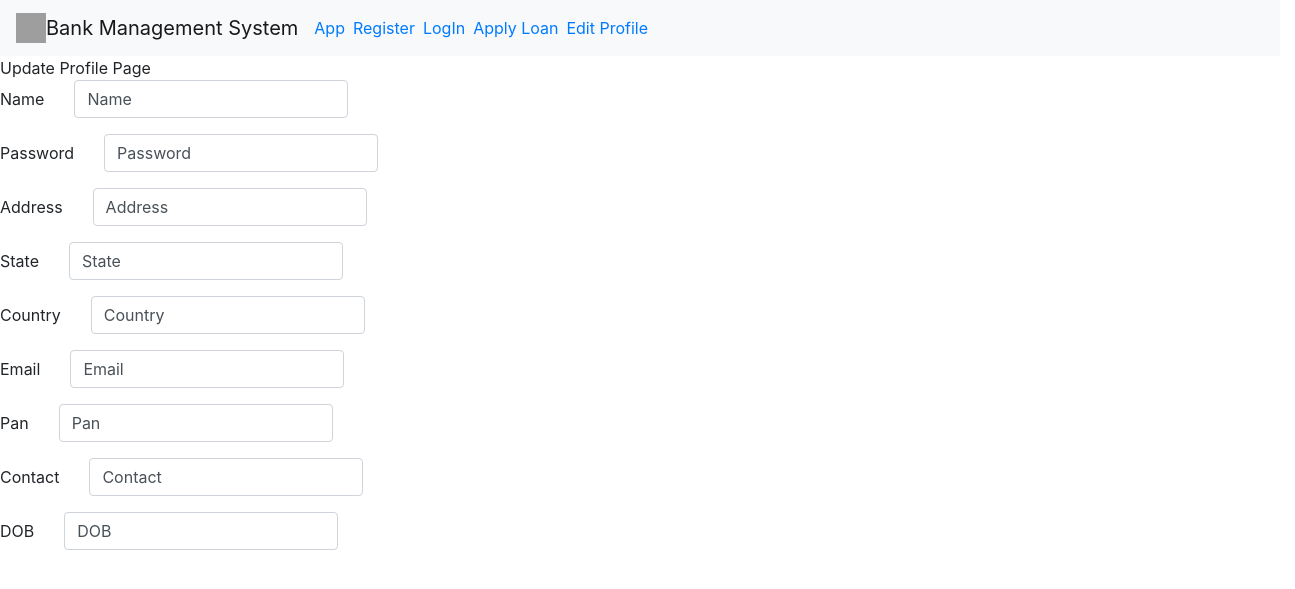
Repository: Nilkumar-Sharma/Bank-Management-System-Frontend-React
Page: /edit
These files come from the project's save history. The page is drawn as it stood at one moment and after the next save; the edit follows.
The browser window is 1280 px wide. The page is 1295 px wide, so the pictures cover 1295 px, including what lies to the right of the window. The pictures show the whole page.
Pictures or frames that could not be fetched are drawn as grey boxes. The project was rebuilt for these pictures with package versions that can differ from the ones it lists, and the page was loaded fresh each time. Also part of the build but not shown: src/App.css, src/components/Shared/MyButton/MyButton.js, src/Counter/Counter.js, src/App.js, src/components/Register/Register.module.scss, src/components/Register/Register.js, src/components/LogIn/LogIn.module.scss, src/components/LogIn/LogIn.js and 2 more.

Above is the page before, as saved 2020-07-28 13:33:58.

After the next save:
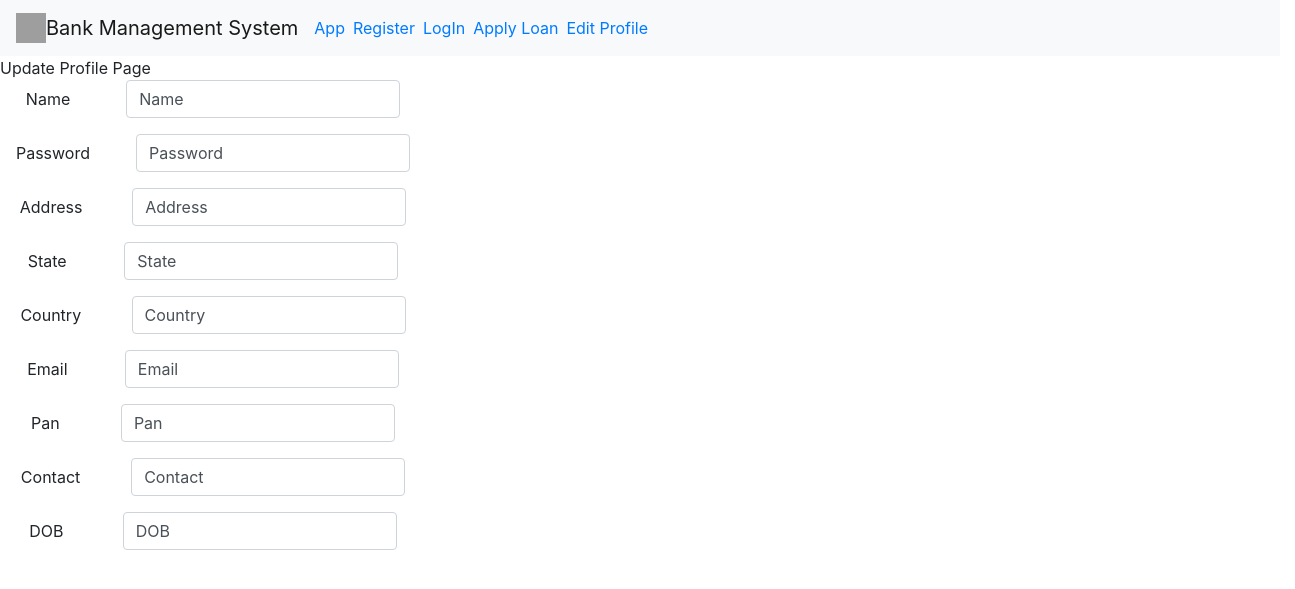
Saved 12 s later.
--- a/src/components/Shared/InputField/InputField.js
+++ b/src/components/Shared/InputField/InputField.js
@@ -27,11 +27,11 @@ class InputField extends Component {
             // <div className="container-fluid">
             <div className="row">
                 <div class="form-group form-inline" >
-                <div className="col">
+                <div className="col-4">
                     <label htmlFor={this.props.id}>{this.props.Label}</label>
 
                 </div>
-                <div className="col">
+                <div className="col-4">
                         <input className="form-control" name={this.props.name} id={this.props.id} type={this.props.type} onChange={
                         // (this.props.changes) || ((e)=>{this.setState({value:e.target.value})})
                         (event) =>
